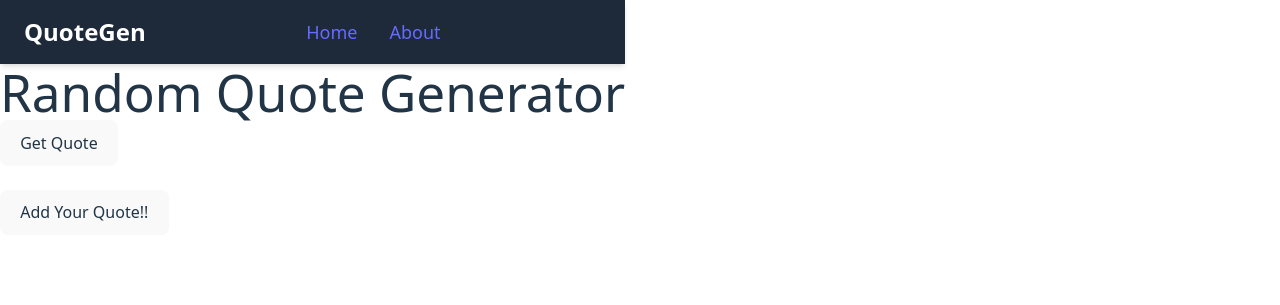
Repository: Vaibhav979/Quote-Generator
Page: /dashboard (app in QuoteGen-View/)
These files come from the project's save history. The page is drawn as it stood at one moment and after a run of saves; the edit follows.
The browser window is 1280 px wide. The pictures show the whole page.
The page's requests for data from a server got no answer. The project was rebuilt for these pictures with package versions that can differ from the ones it lists, and the page was loaded fresh each time. No one was signed in, and anything a server would have sent is missing. Also part of the build but not shown: QuoteGen-View/vite.config.js, QuoteGen-View/src/components/AddQuotePage.jsx, QuoteGen-View/src/App.css, QuoteGen-View/src/components/Dashboard.jsx.

Above is the page before, as saved 2025-08-20 20:21:39.

After the next 2 saves:
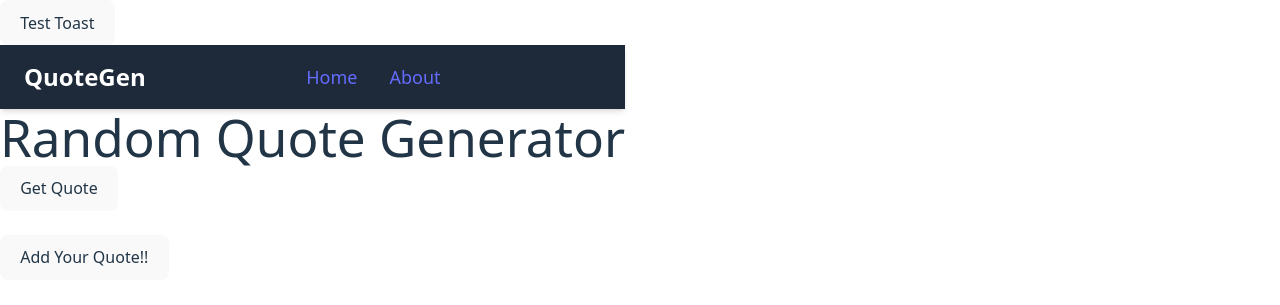
The 2 saves are shown as one change because they came seconds apart.
The last was saved 3 min 42 s later.
--- a/QuoteGen-View/src/App.jsx
+++ b/QuoteGen-View/src/App.jsx
@@ -42,6 +42,10 @@
 
   return (
     <>
+      <button onClick={() => toast.error("Manual test toast")}>
+        Test Toast
+      </button>
+
       <Navbar user={user} setUser={setUser} />
       <Routes>
         <Route path="/" element={<Quotes />} />
